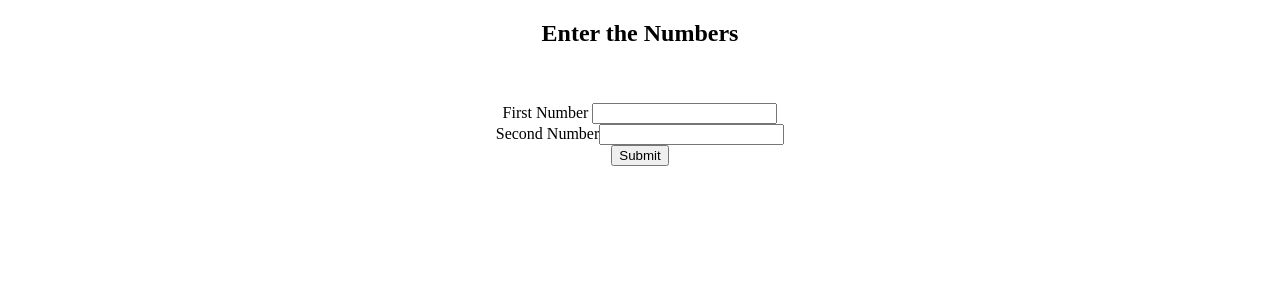
Repository: r-svp26/J2EE-Hands-On
Page: ServletBasics/WebContent/number.html
These files come from the project's save history. The page is drawn as it stood at one moment and after the next save; the edit follows.
The browser window is 1280 px wide. The pictures show the whole page.

Above is the page before, as saved 2020-01-03 13:11:46.

After the next save:
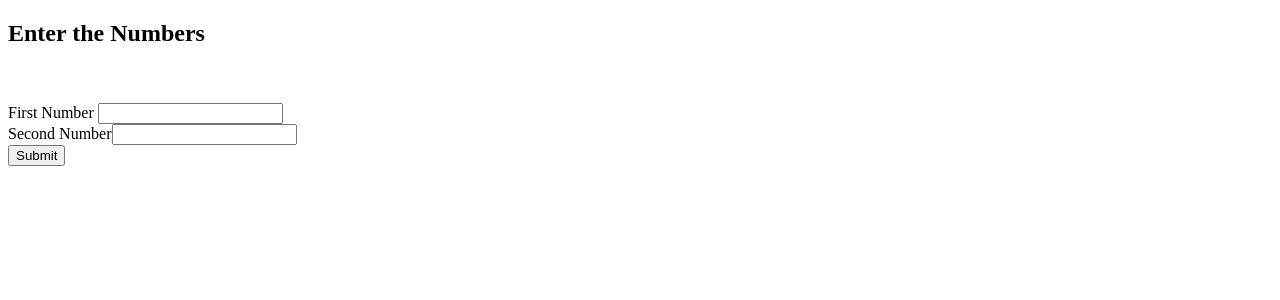
Saved 2 min 13 s later.
--- a/ServletBasics/WebContent/number.html
+++ b/ServletBasics/WebContent/number.html
@@ -7,7 +7,7 @@
 		</head>
 
 		<body>
-			<form align="center" action="/AdditionServlet">
+			<form action="/AdditionServlet">
 				<h2>Enter the Numbers</h2><br><br>
 
 					First Number <input type="text" name="num1"> <br>
